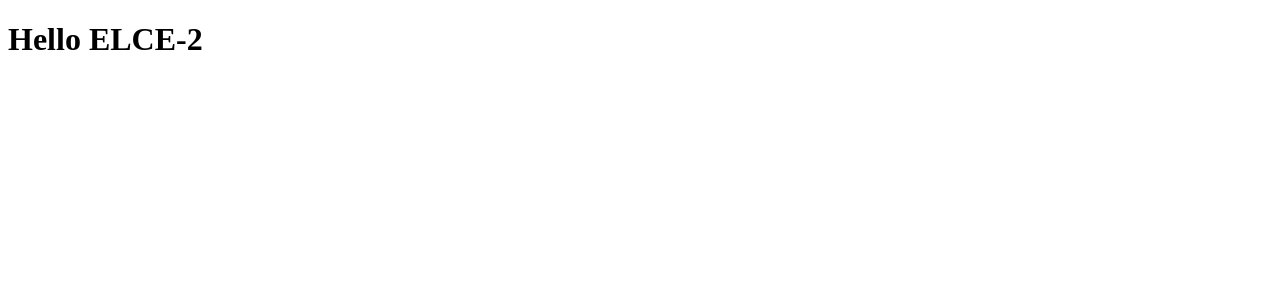
Repository: Glory998/FSD-3rd-sem-
Page: index.html
These files come from the project's save history. The page is drawn as it stood at one moment and after the next save; the edit follows.
The browser window is 1280 px wide. The pictures show the whole page.

Above is the page before, as saved 2026-08-21 09:03:59.

### index.html
<!DOCTYPE html>
<html lang="en">
<head>
    <meta charset="UTF-8">
    <meta name="viewport" content="width=device-width, initial-scale=1.0">
    <title>JS</title>
</head>
<body>
    <h1> Hello ELCE-2 </h1>
</body>
</html>

After the next save:
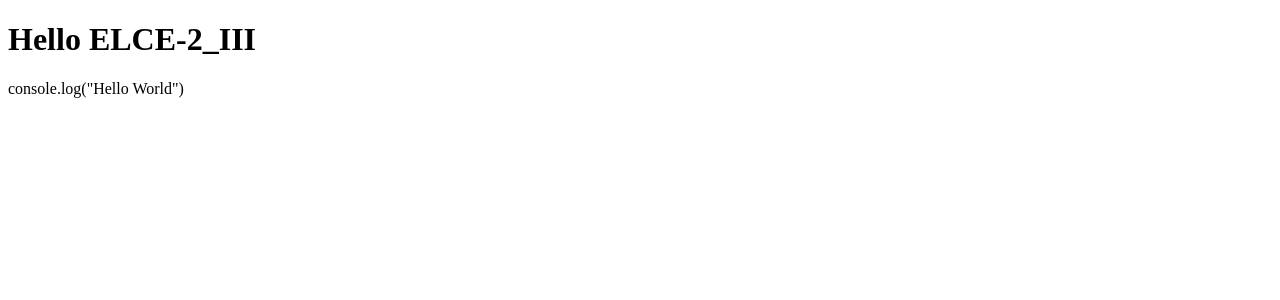
Saved 3 min 53 s later.
--- a/index.html
+++ b/index.html
@@ -6,6 +6,7 @@
     <title>JS</title>
 </head>
 <body>
-    <h1> Hello ELCE-2 </h1>
+    <h1> Hello ELCE-2_III </h1>
+    console.log("Hello World")
 </body>
 </html>
